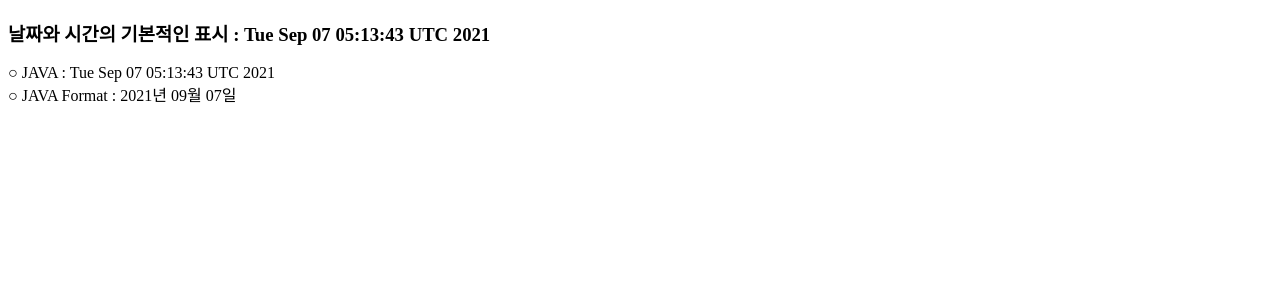
Repository: youngmoon525/Jsp_Servlet
Page: http://localhost/03.JSP/jsp38.jsp
The author's editor kept a copy of each file at every save. The page is drawn from the files as they stood at one save, then again after the next save.
The browser window is 1280 px wide. The pictures show the whole page.
The page is served by Tomcat 9.

Above is the page before, as saved 2021-09-09 02:59:58.

After the next save:
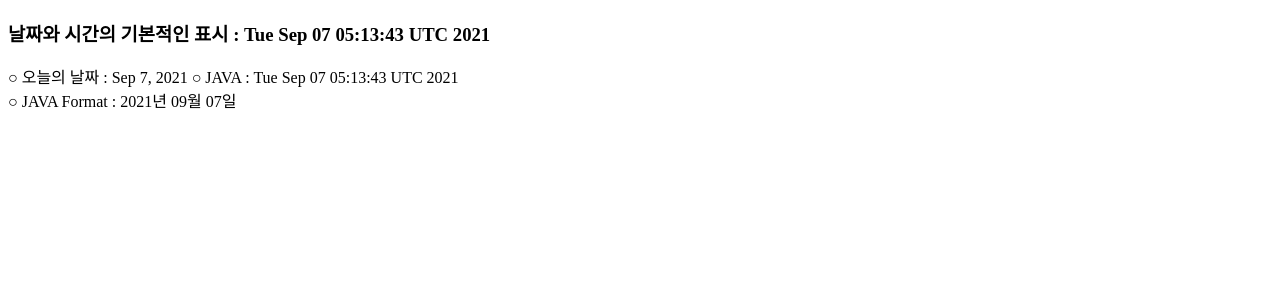
Saved 32 min 2 s later.
--- a/workspace/03.JSP/WebContent/jsp38.jsp
+++ b/workspace/03.JSP/WebContent/jsp38.jsp
@@ -2,6 +2,7 @@
 <%@page import="java.util.Date"%>
 <%@ page language="java" contentType="text/html; charset=UTF-8" pageEncoding="UTF-8"%>
 <%@ taglib prefix="c" uri="http://java.sun.com/jsp/jstl/core" %>
+<%@ taglib prefix="fmt" uri="http://java.sun.com/jsp/jstl/fmt" %>
 <!DOCTYPE html>
 <html>
 <head>
@@ -11,7 +12,7 @@
 <body>
 <c:set var="date" value="<%=new Date() %>"/>
 <h3>날짜와 시간의 기본적인 표시 : ${date}</h3>
-
+○ 오늘의 날짜 : <fmt:formatDate value="${date}" type="date"/>
 
 <%
 Date now = new Date();
